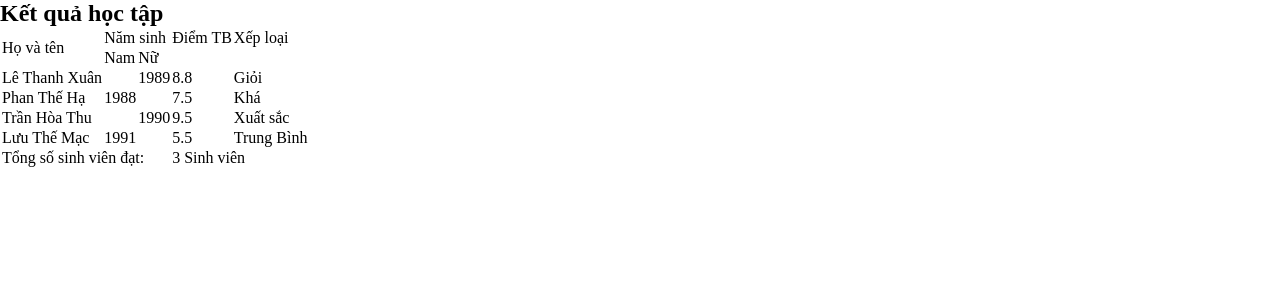
Repository: tuiladev/TKW
Page: Table/index.html
The author's editor kept a copy of each file at every save. The page is drawn from the files as they stood at one save, then again after a run of saves.
The browser window is 1280 px wide. The pictures show the whole page.

Above is the page before, as saved 2022-03-15 23:40:44.

After the next 4 saves:
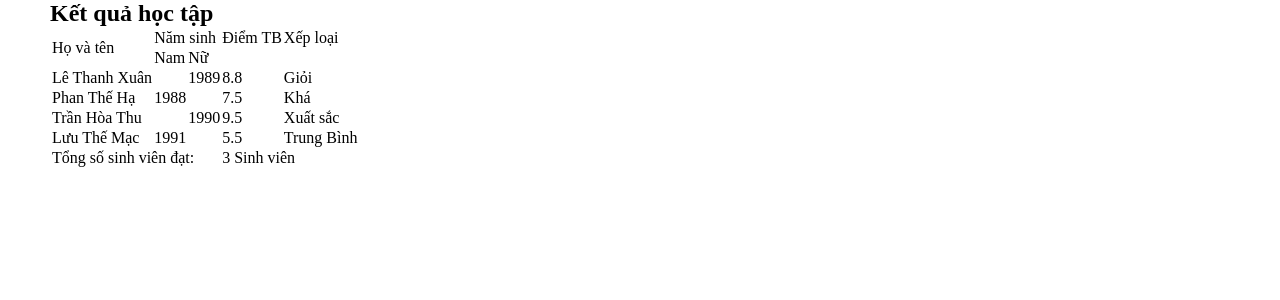
The 4 saves are shown as one change because they came seconds apart.
The last was saved 11 s later.
--- a/Table/index.html
+++ b/Table/index.html
@@ -12,7 +12,9 @@
         box-sizing: border-box;
       }
       .wrapper {
-        max-width: 1140px;
+        max-width: 1200px;
+        padding: 0 50px;
+        mar
       }
     </style>
   </head>
